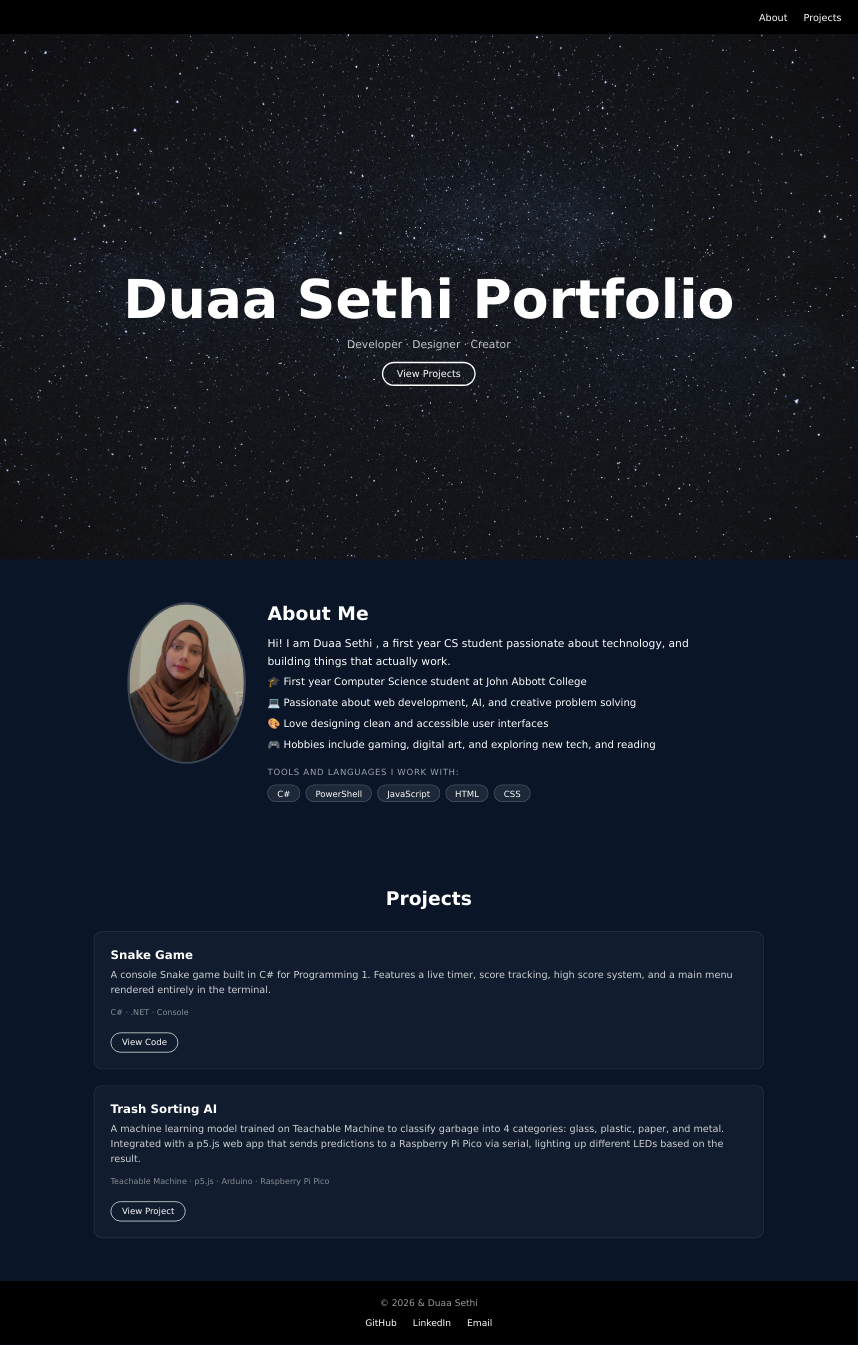
Repository: Duaa-Sethi/Duaa-Sethi
Page: index.html
An editor plug-in stored every save of this project. The page is shown before and after the next save, followed by the edit.
The browser window is 1280 px wide. The pictures show the whole page, at 67% of full size.
Some web fonts or font styles are not loaded; a fallback is used.

Above is the page before, as saved 2026-05-04 17:58:09.

### index.html
<!doctype html>
<html lang="en">
  <head>
    <meta charset="UTF-8" />
    <meta name="viewport" content="width=device-width, initial-scale=1.0" />
    <title>Dua Portfolio</title>
    <link rel="stylesheet" href="./styles/index.css" />
    <link rel="stylesheet" href="./styles/globals.css" />
  </head>
  <body>
    <!-- NAV -->
    <nav>
      <ul>
        <li><a href="#about">About</a></li>
        <li><a href="#projects">Projects</a></li>
      </ul>
    </nav>

    <!-- HERO -->
    <section class="hero">
      <article>
        <h1>Duaa Sethi Portfolio</h1>
        <p>Developer · Designer · Creator</p>
        <a href="#projects">View Projects</a>
      </article>
    </section>

    <!-- ABOUT -->
    <section class="about" id="about">
      <img src="./assets/images/Dua Sethi.jpeg" alt="Photo of Duaa Sethi" />
      <div class="about-text">
        <h2>About Me</h2>
        <p class="about-intro">
          Hi! I am Duaa Sethi , a first year CS student passionate about
          technology, and building things that actually work.
        </p>

        <ul class="about-list">
          <li>🎓 First year Computer Science student at John Abbott College</li>
          <li>
            💻 Passionate about web development, AI, and creative problem
            solving
          </li>
          <li>🎨 Love designing clean and accessible user interfaces</li>
          <li>
            🎮 Hobbies include gaming, digital art, and exploring new tech, and
            reading
          </li>
        </ul>

        <p class="tools-label">Tools and languages I work with:</p>
        <ul class="tools-list">
          <li>C#</li>
          <li>PowerShell</li>
          <li>JavaScript</li>
          <li>HTML</li>
          <li>CSS</li>
        </ul>
      </div>
    </section>

    <!-- PROJECTS -->
    <section class="projects" id="projects">
      <h2>Projects</h2>
      <div class="cards">
        <article class="card">
          <h3>Snake Game</h3>
          <p>
            A console Snake game built in C# for Programming 1. Features a live
            timer, score tracking, high score system, and a main menu rendered
            entirely in the terminal.
          </p>
          <p class="tech">C# · .NET · Console</p>
          <a
            href="https://github.com/Duaa-Sethi/Programming1-project-Dua-Sethi"
            target="_blank"
            >View Code</a
          >
        </article>
        <article class="card">
          <h3>Trash Sorting AI</h3>
          <p>
            A machine learning model trained on Teachable Machine to classify
            garbage into 4 categories: glass, plastic, paper, and metal.
            Integrated with a p5.js web app that sends predictions to a
            Raspberry Pi Pico via serial, lighting up different LEDs based on
            the result.
          </p>
          <p class="tech">
            Teachable Machine · p5.js · Arduino · Raspberry Pi Pico
          </p>
          <a
            href="https://editor.p5js.org/duairfansethi/full/mdRLpCkG2"
            target="_blank"
            >View Project</a
          >
        </article>
      </div>
    </section>

    <footer>
      <p>© 2026 & Duaa Sethi</p>
      <ul class="footer-links">

          <li><a href="https://github.com/Duaa-Sethi">GitHub</a></li>
          <li>
            <a
              href="https://www.linkedin.com/in/dua-irfan-sethi-32944838b/"
              target="_blank"
              >LinkedIn</a
            >
          </li>
          <li>
            <a href="mailto:duairfansethi@gmail.com">Email</a>
          </li>
        </ul>
      </ul>
    </footer>
  </body>
</html>

### styles/index.css
body {
  background-color: #0a1628;
}

/* NAV */
nav {
  position: sticky;
  top: 0;
  background-color: black;
  padding: 0 1.5rem;
}

nav ul {
  display: flex;
  justify-content: flex-end;
  gap: 1.5rem;
  padding: 1rem 0;
}

nav ul li a {
  font-size: 0.9rem;
}

.hero {
  display: flex;
  align-items: center;
  justify-content: center;
  text-align: center;
  min-height: 100vh;
  padding: 2rem 1.5rem;

  /* dont memorize, copy paste background defs */
  background-image: url(../assets/images/kai-pilger-Ef6iL87-vOA-unsplash.jpg);
  background-size: cover;
  background-position: center;
  background-repeat: no-repeat;
}

.hero h1 {
  font-size: 2rem;
  margin-bottom: 0.75rem;
}

.hero p {
  font-size: 1rem;
  opacity: 0.75;
  margin: 0 0 1.5rem 0;
}

.hero a {
  border: 2px solid white;
  padding: 0.5rem 1.25rem;
  border-radius: 20px;
  font-size: 0.9rem;
}

.hero a:hover {
  background-color: white;
  color: #0a1628;
  text-decoration: none;
}

/* ABOUT */
.about {
  display: flex;
  align-items: flex-start;
  gap: 1.5rem;
  padding: 3rem 1.5rem;
  text-align: center;
}

.about img {
  max-width: 25%;

  border-radius: 50%;
  overflow: hidden;
  display: inline-block;
  vertical-align: middle;
  border: 3px solid rgba(255, 255, 255, 0.2);
}

.about h2 {
  font-size: 1.75rem;
  margin-bottom: 1rem;
}

.about p {
  margin: 0 0 0.5rem 0;
  line-height: 1.6;
}
.about-intro {
  display: none;
}

.about-list {
  display: flex;
  flex-direction: column;
  gap: 0.5rem;
  text-align: left;
  margin-bottom: 1.25rem;
}

.about-list li {
  font-size: 0.95rem;
  line-height: 1.5;
}

.tools-label {
  font-size: 0.8rem;
  opacity: 0.6;
  text-transform: uppercase;
  letter-spacing: 0.08em;
  text-align: left;
  margin-bottom: 0.5rem;
}

.tools-list {
  display: flex;
  flex-wrap: wrap;
  gap: 0.5rem;
  text-align: left;
}

.tools-list li {
  background-color: rgba(255, 255, 255, 0.08);
  border: 1px solid rgba(255, 255, 255, 0.2);
  border-radius: 20px;
  padding: 0.3rem 0.85rem;
  font-size: 0.8rem;
}
/* PROJECTS */
.projects {
  padding: 4rem 1.5rem;
  text-align: center;
}
.projects h2 {
  font-size: 1.75rem;
  margin-bottom: 2rem;
}

.cards {
  display: flex;
  flex-direction: column;
  gap: 1.5rem;
}
.card {
  background-color: #111c2e;
  border: 1px solid rgba(255, 255, 255, 0.1);
  border-radius: 12px;
  padding: 1.5rem;
  text-align: left;
}

.card:hover {
  border-color: rgba(255, 255, 255, 0.4);
}

.card h3 {
  font-size: 1.1rem;
  margin-bottom: 0.5rem;
}

.card p {
  font-size: 0.9rem;
  line-height: 1.6;
  opacity: 0.8;
  margin: 0 0 0.5rem 0;
}

.card .tech {
  font-size: 0.75rem;
  opacity: 0.5;
  margin: 0.75rem 0;
}

.card a {
  display: inline-block;
  border: 1px solid white;
  padding: 0.4rem 1rem;
  border-radius: 20px;
  font-size: 0.8rem;
  margin-top: 0.5rem;
}

.card a:hover {
  background-color: white;
  color: #0a1628;
  text-decoration: none;
}

/* FOOTER */

footer {
  text-align: center;
  padding: 1.5rem;
  background-color: black;
}
footer p {
  font-size: 0.85rem;
  opacity: 0.6;
  margin: 0 0 0.75rem 0;
}

.footer-links {
  display: flex;
  justify-content: center;
  gap: 1.5rem;
}

.footer-links a {
  font-size: 0.85rem;
}
/* Small screen like mobile */
@media only screen and (min-width: 600px) {
  .hero h1 {
    font-size: 4rem;
  }
  .about-intro {
    display: block;
  }

  .about {
    flex-direction: row;
    align-items: flex-start;
    text-align: left;
    max-width: 800px;
    margin: 0 auto;
    padding: 4rem 1.5rem;
    gap: 2rem;
  }
  .about img {
    width: 25%;
    max-width: 200px;
  }
  .cards {
    flex-direction: row;
    flex-wrap: wrap;
    justify-content: center;
  }
}
/* desktop /laptop devices 992 px and > */
@media only screen and (min-width: 992px) {
  .hero h1 {
    font-size: 5rem;
  }
  .projects {
    max-width: 1000px;
    margin: 0 auto;
  }

  .about {
    max-width: 900px;
  }
}

### styles/globals.css
/* FONT DEFS */
@font-face {
  font-family: "main font";
  src: url(../assets/fonts/NewsCycle-Regular.ttf);
}

/* CROSS PAGE STYLES */
body {
  font-family: "main font", Verdana, sans-serif;
  color: white;
  margin: 0;
}

h1 {
  font-weight: bold;
  font-size: 1.5rem;
}

a {
  text-decoration: none;
  color: white;
}
h2,
h3 {
  margin: 0;
}
a:hover {
  text-decoration: underline;
}
ul {
  list-style: none;
  padding: 0;
  margin: 0;
}

After the next save:
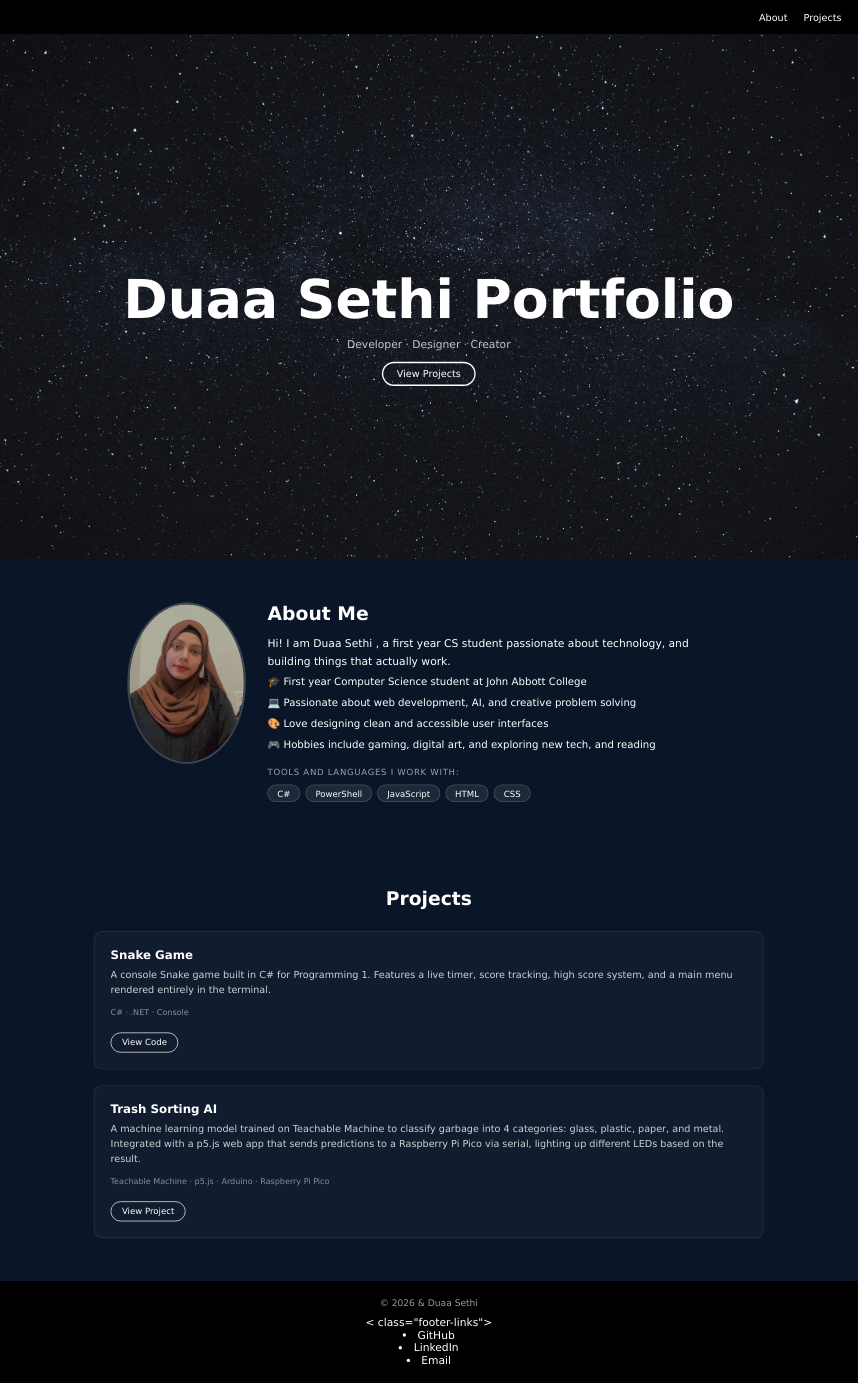
Saved 24 s later.
--- a/index.html
+++ b/index.html
@@ -100,7 +100,7 @@
 
     <footer>
       <p>© 2026 & Duaa Sethi</p>
-      <ul class="footer-links">
+      < class="footer-links">
 
           <li><a href="https://github.com/Duaa-Sethi">GitHub</a></li>
           <li>
@@ -113,7 +113,7 @@
           <li>
             <a href="mailto:duairfansethi@gmail.com">Email</a>
           </li>
-        </ul>
+
       </ul>
     </footer>
   </body>

After the save that followed:
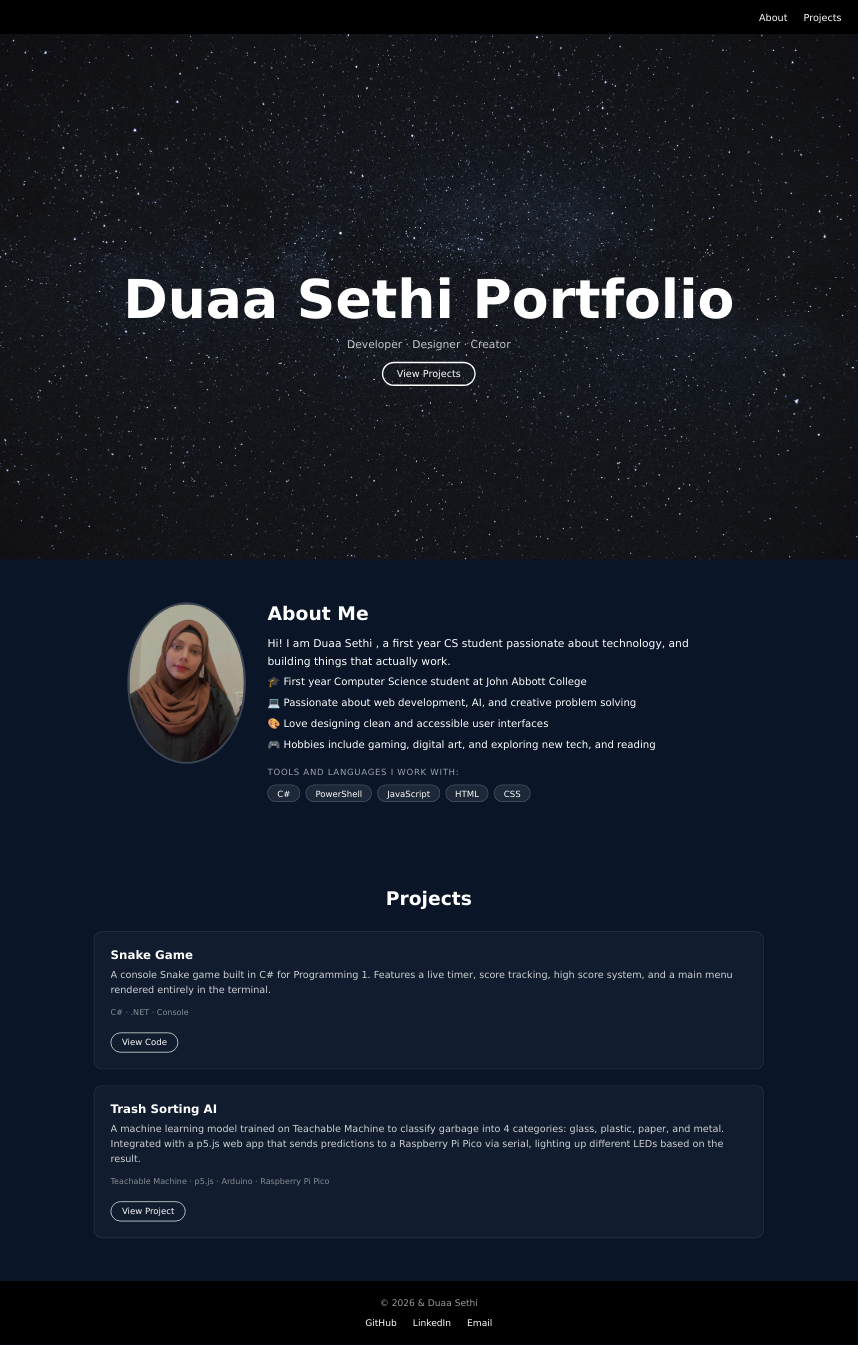
Saved 10 s later.
--- a/index.html
+++ b/index.html
@@ -100,20 +100,18 @@
 
     <footer>
       <p>© 2026 & Duaa Sethi</p>
-      < class="footer-links">
-
-          <li><a href="https://github.com/Duaa-Sethi">GitHub</a></li>
-          <li>
-            <a
-              href="https://www.linkedin.com/in/dua-irfan-sethi-32944838b/"
-              target="_blank"
-              >LinkedIn</a
-            >
-          </li>
-          <li>
-            <a href="mailto:duairfansethi@gmail.com">Email</a>
-          </li>
-
+      <ul class="footer-links">
+        <li><a href="https://github.com/Duaa-Sethi">GitHub</a></li>
+        <li>
+          <a
+            href="https://www.linkedin.com/in/dua-irfan-sethi-32944838b/"
+            target="_blank"
+            >LinkedIn</a
+          >
+        </li>
+        <li>
+          <a href="mailto:duairfansethi@gmail.com">Email</a>
+        </li>
       </ul>
     </footer>
   </body>
